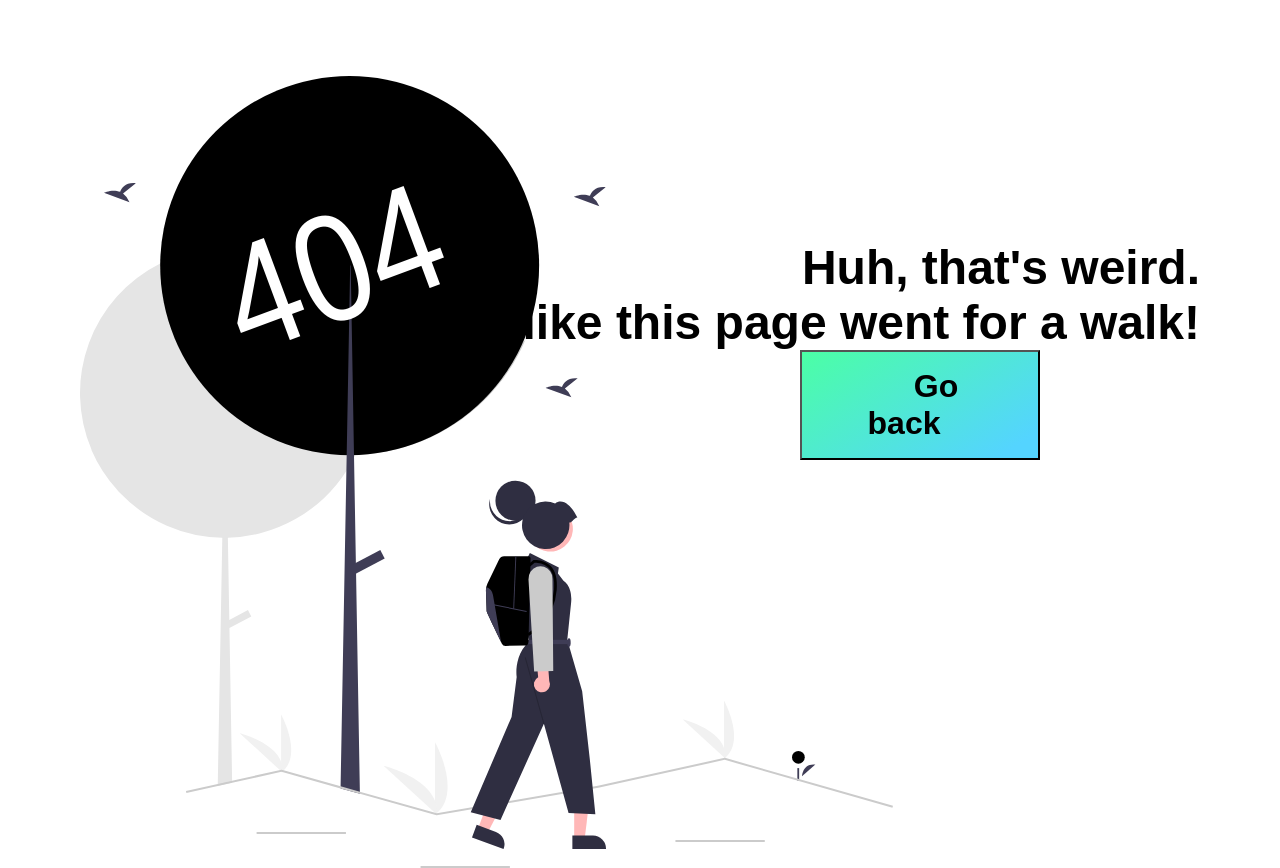
Repository: TeeJaysDev/Portfolio
Page: 404.html
These files come from the project's save history. The page is drawn as it stood at one moment and after the next save; the edit follows.
The browser window is 1280 px wide. The pictures show the whole page.

Above is the page before, as saved 2021-06-11 23:26:45.

### 404.html
<!DOCTYPE html>
<html lang="en">
<head>
    <meta charset="UTF-8">
    <meta http-equiv="X-UA-Compatible" content="IE=edge">
    <meta name="viewport" content="width=device-width, initial-scale=1.0">
    <script type="text/javascript" src="script.js"></script>
    <link rel="stylesheet" href="404.css">
    <link rel="preconnect" href="https://fonts.gstatic.com">
    <link href="https://fonts.googleapis.com/css2?family=Raleway&display=swap" rel="stylesheet">
    <title>Tymon Jędryczka | Portfolio</title>
</head>
<body>
    <section class="error">
        <h1>
            Huh, that's weird. <br> Looks like this page went for a walk!
        </h1>
        <button>
            <a href="index.html">Go back</a>
        </button>
        <div class="mainError">
            <img src="Images/svg/hiking.svg">
        </div>
    </section>
</body>
</html>

### 404.css
* {
    margin: 0;
    padding: 0;
    box-sizing: border-box;
    font-family: sans-serif;
    text-decoration: none;
    list-style: none;
}

.error h1 {
    font-family: Arial, Helvetica, sans-serif;
    font-weight: 700;
    font-size: 3rem;
    margin-top: 15rem;
    margin-right: 5rem;
    text-align: right;
}

.error .mainError {
    display: flex;
    text-align: center;
    margin-left: 40rem;
    margin-right: auto;
}

.error img {
    margin-left: -35rem;
    margin-top: -37rem;
}

.error button a {
    text-decoration: none;
    text-align: center;
    font-size: 2rem;
    color: #000000;
    padding: 1rem 2rem 1rem 2rem;
}

.error button {
    padding: 1rem 2rem 1rem 2rem;
    width: 15rem;
    font-weight: bold;
    font-size: 1.2rem;
    text-align: center;
    margin-left: 50rem;
    margin-bottom: 13rem;
    background-image: linear-gradient(147deg, #4bffa5, #54d4ff 90%);
    color: #000000;
    cursor: pointer;
}

Loaded but not shown: script.js (no stored copy; drawn as an empty file)

After the next save:
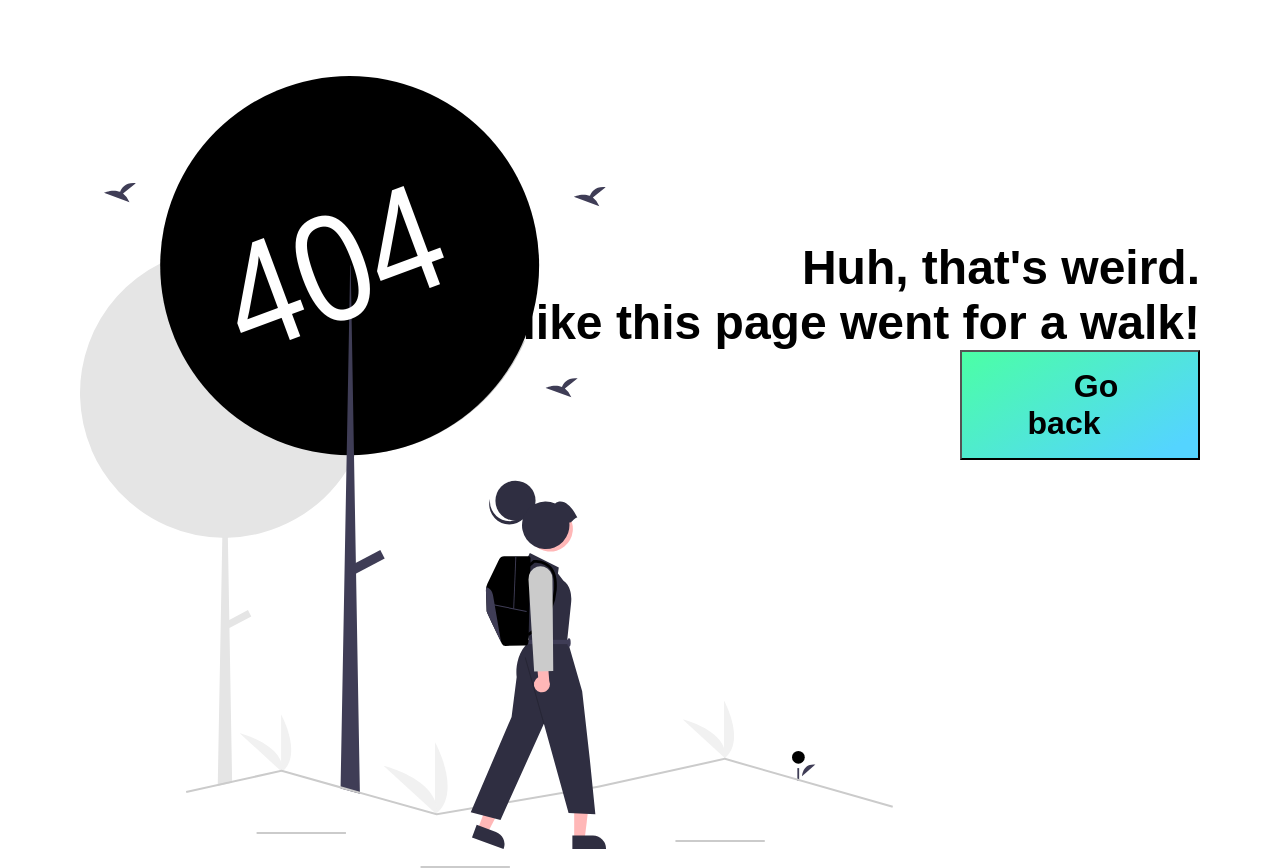
Saved 10 s later.
--- a/404.css
+++ b/404.css
@@ -42,7 +42,7 @@
     font-weight: bold;
     font-size: 1.2rem;
     text-align: center;
-    margin-left: 50rem;
+    margin-left: 60rem;
     margin-bottom: 13rem;
     background-image: linear-gradient(147deg, #4bffa5, #54d4ff 90%);
     color: #000000;
